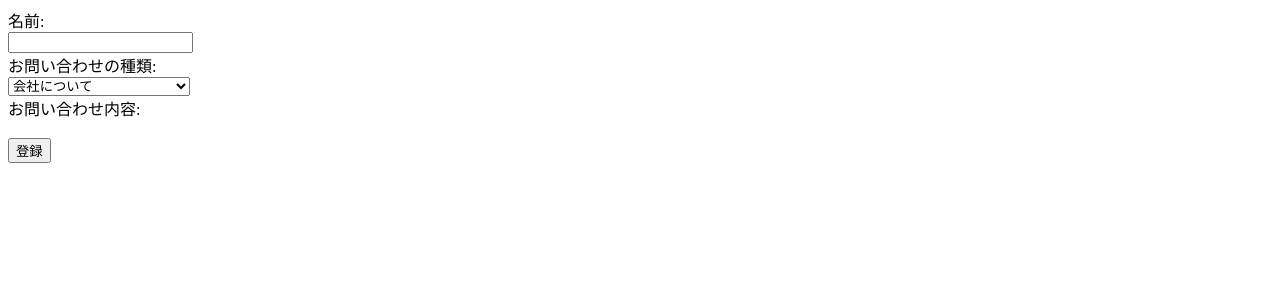
Repository: tatsuya-0/test
Page: http://localhost/HelloServlet/inquiry.jsp
These files come from the project's save history. The page is drawn as it stood at one moment and after the next save; the edit follows.
The browser window is 1280 px wide. The pictures show the whole page.
The page is served by Tomcat 9. Other server files are loaded and not shown.

Above is the page before, as saved 2018-03-01 07:59:35.

### HelloServlet/WebContent/inquiry.jsp
<%@ page language="java" contentType="text/html; charset=UTF-8"
	pageEncoding="UTF-8"%>
<!DOCTYPE html>
<html>
<head>
<meta charset="UTF-8">
<title>お問い合わせフォーム</title>
</head>
<body>
	<form method="post" action="InquiryServlet">
		名前:<br> <input type="text" name="name"><br>
		お問い合わせの種類:<br> <select name="qtype">
			<option value="company">会社について</option>
			<option value="product">製品について</option>
			<option value="support">アフターサポートについて</option>
		</select><br>お問い合わせ内容:<br>
		</textarea name="body" />

		<br> <input type="submit" value="登録">
	</form>
</body>

</html>

After the next save:
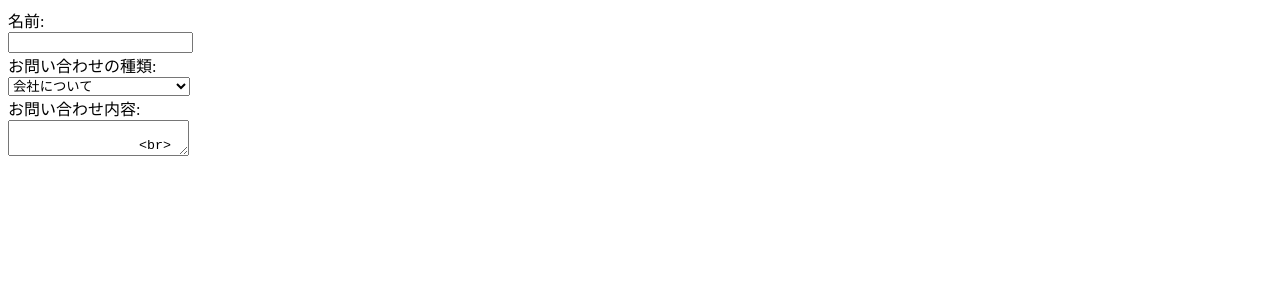
Saved 12 s later.
--- a/HelloServlet/WebContent/inquiry.jsp
+++ b/HelloServlet/WebContent/inquiry.jsp
@@ -14,7 +14,7 @@
 			<option value="product">製品について</option>
 			<option value="support">アフターサポートについて</option>
 		</select><br>お問い合わせ内容:<br>
-		</textarea name="body" />
+		<textarea name="body" />
 
 		<br> <input type="submit" value="登録">
 	</form>
